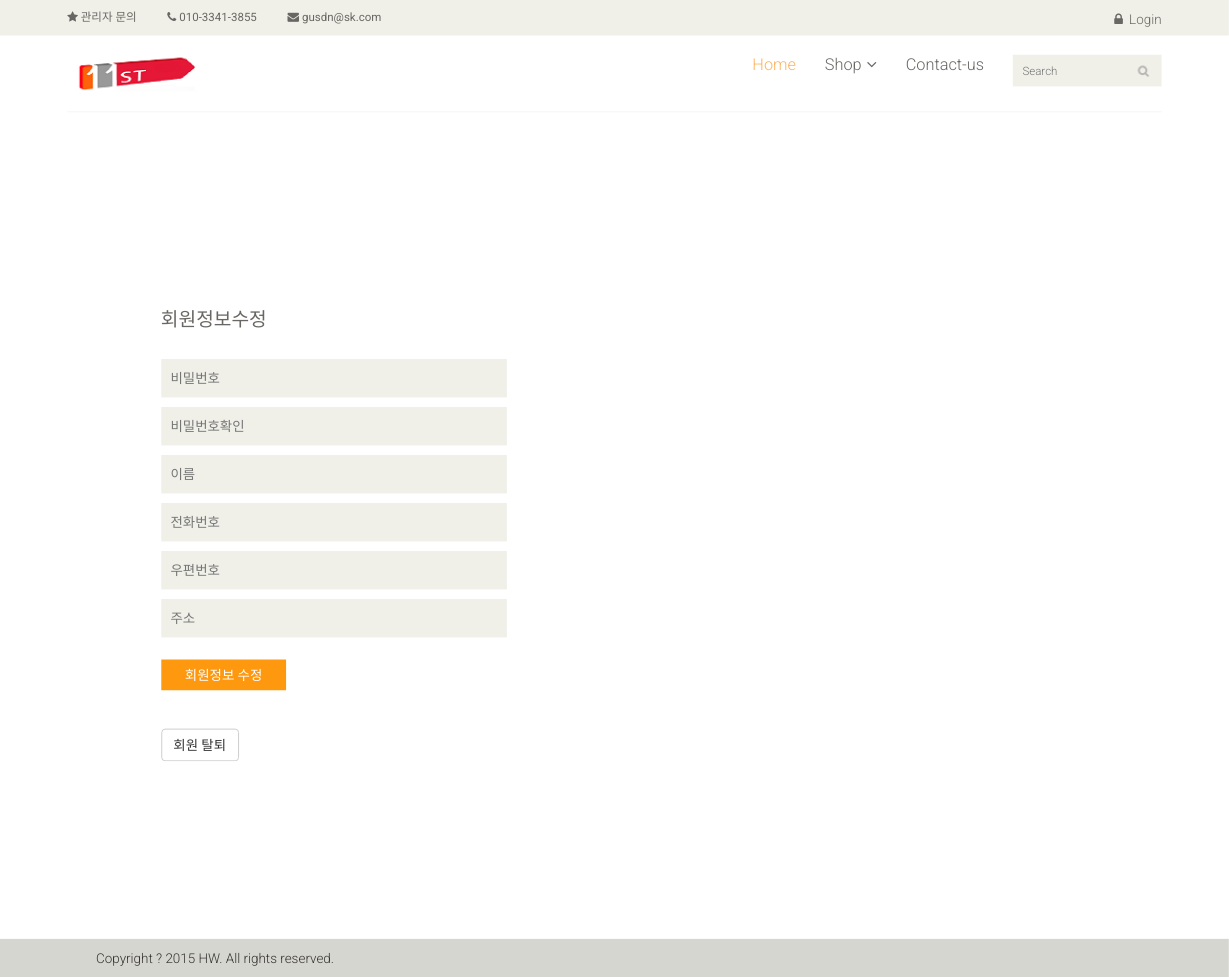
Repository: HyunWooo/HWst
Page: http://localhost/hw_st/userManagement.jsp
The author's editor kept a copy of each file at every save. The page is drawn from the files as they stood at one save, then again after the next save.
The browser window is 1280 px wide. The pictures show the whole page, at 96% of full size.
Some web fonts or font styles are not loaded; a fallback is used. The page is served by Tomcat 9. Nobody is signed in. The application's start-up code is not run. Other server files are loaded and not shown.

Above is the page before, as saved 2015-07-07 15:31:33.

### hw_st/WebContent/userManagement.jsp
<%@ page language="java" contentType="text/html; charset=EUC-KR"
    pageEncoding="UTF-8"%>
<%@ taglib prefix="c" uri="http://java.sun.com/jsp/jstl/core"%>
<!DOCTYPE html PUBLIC "-//W3C//DTD HTML 4.01 Transitional//EN" "http://www.w3.org/TR/html4/loose.dtd">
<html>
	<c:choose>
		<c:when test="${not empty sessionScope.userLoginInfo.name}">
			<script>
				alert("이미 로그인 된 상태입니다.");
				history.go(-1);
			</script>
		</c:when>
		<c:when test="${sessionScope.loginFail=='Y'}">
			<script>
				alert("아이디와 패스워드를 다시 확인하세요.");
				<%session.invalidate();%>
				history.go();
			</script>
		</c:when>
	<c:otherwise>

<head>
    <meta charset="utf-8">
    <meta name="viewport" content="width=device-width, initial-scale=1.0">
    <meta name="description" content="">
    <meta name="author" content="">
    <link rel="shortcut icon" href="http://s.011st.com/img/common/icon/favicon.ico"  type="image/x-ico">
    <title>현우st</title>
    <link href="css/bootstrap.min.css" rel="stylesheet">
    <link href="css/font-awesome.min.css" rel="stylesheet">
    <link href="css/prettyPhoto.css" rel="stylesheet">
    <link href="css/price-range.css" rel="stylesheet">
    <link href="css/animate.css" rel="stylesheet">
	<link href="css/main.css" rel="stylesheet">
	<link href="css/responsive.css" rel="stylesheet">
    <!--[if lt IE 9]>
    <script src="js/html5shiv.js"></script>
    <script src="js/respond.min.js"></script>
    <![endif]-->
    <!-- <link rel="shortcut icon" href="images/ico/favicon.ico"> -->
    <link rel="apple-touch-icon-precomposed" sizes="144x144" href="images/ico/apple-touch-icon-144-precomposed.png">
    <link rel="apple-touch-icon-precomposed" sizes="114x114" href="images/ico/apple-touch-icon-114-precomposed.png">
    <link rel="apple-touch-icon-precomposed" sizes="72x72" href="images/ico/apple-touch-icon-72-precomposed.png">
    <link rel="apple-touch-icon-precomposed" href="images/ico/apple-touch-icon-57-precomposed.png">
</head><!--/head-->

<body>
	<header id="header"><!--header-->
		<div class="header_top"><!--header_top-->
			<div class="container">
				<div class="row">
					<div class="col-sm-6">
						<div class="contactinfo">
							<ul class="nav nav-pills">
								<li><a><i class="fa fa-star"></i> 관리자 문의</a></li>
								<li><a href="contact_us.jsp"><i class="fa fa-phone"></i> 010-3341-3855</a></li>
								<li><a href="contact_us.jsp"><i class="fa fa-envelope"></i> gusdn@sk.com</a></li>
							</ul>
						</div>
					</div>
					<div class="col-sm-6 col-xs-8">
						<div class="shop-menu pull-right">
							<ul class="nav navbar-nav">
								<!-- <li><a href="#"><i class="fa fa-user"></i> Account</a></li> -->
 								<!--<li><a href="#"><i class="fa fa-star"></i> Wishlist</a></li> -->
								<c:choose>
									<c:when test="${not empty sessionScope.userLoginInfo}">
										<li><a href="cart.jsp"><i class="fa fa-shopping-cart"></i> Cart</a></li>
										<li><a href= "#"><i class="fa fa-user"></i>${sessionScope.userLoginInfo.name}님</a></li>
										<li><a href="logoutProcess.do"><i class="fa fa-crosshairs"></i> Logout</a></li>
									</c:when>
									<c:otherwise>
										<li><a href="login.do"><i class="fa fa-lock"></i> Login</a></li>
									</c:otherwise>
								</c:choose>
							</ul>
						</div>
					</div>
				</div>
			</div>
		</div><!--/header_top-->

		<div class="header-middle"><!--header-middle-->
			<div class="container">
				<div class="row">
					<div class="col-sm-4">
						<div class="logo pull-left">
							<a href="index.do"><img src="images/home/logo.png" alt="" /></a>
						</div>
						<!-- 안쓰는 버튼그룹 -->
						<div class="btn-group pull-right">
						</div>
					</div>
					<div class="col-sm-8">
						<div class="search_box pull-right">
							<input type="text" placeholder="Search"/>
						</div>
						<div class="mainmenu pull-right">
							<ul class="nav navbar-nav collapse navbar-collapse">
								<li><a href="index.do" class="active">Home</a></li>
								<li class="dropdown"><a href="#">Shop<i class="fa fa-angle-down"></i></a>
                                    <ul role="menu" class="sub-menu">
                                        <li><a href="shop.jsp">Products</a></li>
										<li><a href="product_details.jsp">Product Details</a></li>
                                    </ul>
                                </li>
								<!-- <li class="dropdown"><a href="#">Blog<i class="fa fa-angle-down"></i></a>
                                    <ul role="menu" class="sub-menu">
                                        <li><a href="blog.jsp">Blog List</a></li>
										<li><a href="blog_single.jsp">Blog Single</a></li>
                                    </ul>
                                </li>  -->
								<!-- <li><a href="404.jsp">404</a></li> -->
								<li><a href="contact_us.jsp">Contact-us</a></li>
							</ul>
						</div>
					</div>
				</div>
			</div>
		</div><!--/header-middle-->
	</header><!--/header-->

			<section id="form"><!--form-->
				<div class="container">
					<div class="row">
						<div class="col-sm-4 col-sm-offset-1">
							<div class="login-form"><!--login form-->
								<h2>회원정보수정</h2>
								<form  action="userInfoUpdateProcess.do" method="post" name="userinput" onSubmit="return checkIt()">
									<input type="hidden" placeholder="회원번호" name="userNo" value="${sessionScope.userLoginInfo.userNo}" />
									<input type="password" placeholder="비밀번호" name="pw" />
									<input type="password" placeholder="비밀번호확인" name="pw2" />
									<input type="text" placeholder="이름" name="name"/>
									<input type="text" placeholder="전화번호" name="phone" />
									<input type="text" placeholder="우편번호" name="postCode" />
									<input type="text" placeholder="주소" name="address"/>
									<button type="submit" value="가입하기" class="btn btn-default" id="btn">회원정보 수정</button>
								</form>
								<br><br>
								<button type="button" value="회원탈퇴" class="btn btn-default" id="uDelete">회원 탈퇴</button>
							</div><!--/login form-->
						</div>
					</div>
				</div>
			</section><!--/form-->
		</c:otherwise>
	</c:choose>



	<footer id="footer"><!--Footer-->
		<div class="footer-bottom">
			<div class="container">
					<div class="col-sm-6">
						<div class="single-widget">
							<p class="pull-left">Copyright © 2015 HW. All rights reserved.</p>
						</div>
					</div>
			</div>
		</div>

	</footer><!--/Footer-->



    <script src="js/jquery.js"></script>
	<script src="js/price-range.js"></script>
    <script src="js/jquery.scrollUp.min.js"></script>
	<script src="js/bootstrap.min.js"></script>
    <script src="js/jquery.prettyPhoto.js"></script>
    <script src="js/main.js"></script>
</body>
</html>

### hw_st/WebContent/css/price-range.css
/*!
 * Slider for Bootstrap
 *
 * Copyright 2012 Stefan Petre
 * Licensed under the Apache License v2.0
 * http://www.apache.org/licenses/LICENSE-2.0
 *
 */
.slider {
  display: inline-block;
  vertical-align: middle;
  position: relative;
}
.slider.slider-horizontal {
  width: 210px;
  height: 20px;
}
.slider.slider-horizontal .slider-track {
  height: 15px;
  left: 0;
  margin-top: -5px;
  top: 50%;
  width: 100%;
}
.slider.slider-horizontal .slider-selection {
  height: 100%;
  top: 0;
  bottom: 0;
}
.slider.slider-horizontal .slider-handle {
  margin-left: -12px;
  margin-top: 2px;
}

.left-round{
  margin-left:2px !important;
}

.slider.slider-horizontal .slider-handle.triangle {
  border-width: 0 10px 10px 10px;
  width: 0;
  height: 0;
  border-bottom-color: #0480be;
  margin-top: 0;
}
.slider.slider-vertical {
  height: 210px;
  width: 20px;
}
.slider.slider-vertical .slider-track {
  width: 10px;
  height: 100%;
  margin-left: -5px;
  left: 50%;
  top: 0;
}
.slider.slider-vertical .slider-selection {
  width: 100%;
  left: 0;
  top: 0;
  bottom: 0;
}
.slider.slider-vertical .slider-handle {
  margin-left: -5px;
  margin-top: -10px;
}
.slider.slider-vertical .slider-handle.triangle {
  border-width: 10px 0 10px 10px;
  width: 1px;
  height: 1px;
  border-left-color: #0480be;
  margin-left: 0;
}
.slider input {
  display: none;
}
.slider .tooltip-inner {
  white-space: nowrap;
}
.slider-track {
  position: absolute;
  cursor: pointer;
  background-color: #f7f7f7;
  background-image: -moz-linear-gradient(top, #f5f5f5, #f9f9f9);
  background-image: -webkit-gradient(linear, 0 0, 0 100%, from(#f5f5f5), to(#f9f9f9));
  background-image: -webkit-linear-gradient(top, #f5f5f5, #f9f9f9);
  background-image: -o-linear-gradient(top, #f5f5f5, #f9f9f9);
  background-image: linear-gradient(to bottom, #f5f5f5, #f9f9f9);
  background-repeat: repeat-x;
  filter: progid:DXImageTransform.Microsoft.gradient(startColorstr='#fff5f5f5', endColorstr='#fff9f9f9', GradientType=0);
  -webkit-box-shadow: inset 0 1px 2px rgba(0, 0, 0, 0.1);
  -moz-box-shadow: inset 0 1px 2px rgba(0, 0, 0, 0.1);
  box-shadow: inset 0 1px 2px rgba(0, 0, 0, 0.1);
  -webkit-border-radius: 15px;
  -moz-border-radius: 15px;
  border-radius: 15px;
}

.slider-selection {
  -moz-box-sizing: border-box;
  background: none repeat scroll 0 0 #FE980F;
  border-radius: 15px;
  box-shadow: 0 -1px 0 rgba(0, 0, 0, 0.15) inset;
  position: absolute;
}

.slider-handle {
  background: #fff;
  box-shadow:none;
  height: 10px;
  opacity: 1;
  position: absolute;
  width: 10px;
}

.slider-handle.round {
  -webkit-border-radius: 20px;
  -moz-border-radius: 20px;
  border-radius: 20px;
}
.slider-handle.triangle {
  background: transparent none;
}

### hw_st/WebContent/css/responsive.css
/* lg */
@media (min-width: 1200px) {

}

/* md */
@media (min-width: 992px) and (max-width: 1199px) {


.usa{
	margin-right: 0;
}

.shipping img{
	width: 100%;
}

.searchform input{
	width: 160px;
}

.product-information span span{
	width: 100%;
}

#similar-product .carousel-inner .item img{
	width: 65px;
}

#cart_items .cart_info .cart_description h4,
#cart_items .cart_info .cart_description p{
	text-align: center;
}

}


/* sm */
@media (min-width: 768px) and (max-width: 991px) {

.shop-menu ul li a{
	padding-left: 0;
}

#slider-carousel .item{
	padding-left: 30px;
}

.item h2{
	font-size: 24px;
}

.girl{
	margin-left: 0;
}

.pricing{
	width: 100px;
}


.shipping img{
	width: 100%;
}

.slider.slider-horizontal{
	width: 100% !important;
}

.tab-pane .col-sm-3, .features_items .col-sm-4{
	width: 50%;
}

.footer-widget .col-sm-2{
	width: 33%;
	display: inline-block;
	margin-bottom: 50px;
}

.footer-widget .col-sm-3{
	display: inline-block;
	width: 40%;
}

#similar-product .carousel-inner .item img{
	width: 60px;
	margin-left: 0;
}

.product-information span span{
	display: block;
	width: 100%;
}

.product-information .cart{
	margin-left: 0;
	margin-top: 15px;
}

.item-control i{
	font-size: 12px;
	padding: 5px 6px;
}

#cart_items .cart_info .cart_description h4, #cart_items .cart_info .cart_description p{
	text-align: center;
}

.companyinfo h2{
	font-size: 20px;
}

.address {
	margin-top: 48px;
	margin-left: 20px;
}

.address p {
	font-size: 12px;
	top: 5px;
}

}

/* xs */
@media (max-width: 767px) {

.header_top .col-sm-6:first-child{
	display: inline-block;
	float: left;
}

.header_top .col-sm-6:last-child{
	display: inline-block;
	float: right;
}

.header-middle .col-sm-4 {
	display: inline-block;
	overflow: inherit;
	width: 100%;
}

.social-icons ul li a i {
	padding: 8px 10px;
}

.shop-menu.pull-right{
	float: none !important;
}

.shop-menu .nav.navbar-nav{
	margin-left: -30px;
}

.header-bottom .col-sm-9{
	display: inline-block;
	width: 100%;
}

.mainmenu{
	width: 100%;
}

.mainmenu ul li{
	background: rgba(0, 0, 0, 0.5);
    padding-top: 15px;
	padding-bottom: 0;
}

.mainmenu ul li:last-child{
	padding-bottom: 15px;
}

.mainmenu ul li  a{
	color: #fff;
}

.navbar-collapse.in{
	overflow: inherit;
}

.mainmenu ul li a.active{
	padding-left: 15px;
}

.dropdown .fa-angle-down{
	display: none;
}

ul.sub-menu{
  position: relative;
  width: auto;
  display: block;
  background: transparent;
  box-shadow: none;
  top: 0;
}

.sub-menu li{
	background: transparent;
}

.mainmenu .navbar-nav li ul.sub-menu li{
	background: transparent;
	padding-bottom:0;
}

.nav.navbar-nav > li:hover > ul.sub-menu{
  -webkit-animation: none;
  -moz-animation: none;
  -ms-animation: none;
  -o-animation: none;
  animation: none;
  box-shadow: none;
}

.header-bottom{
	position: relative;
}

.header-bottom .col-sm-3 {
	display: inline-block;
	position: absolute;
	left: 0;
	top: 38px;
}

#slider-carousel .item{
	padding-left: 0;
}

.shipping{
	margin-bottom: 25px;
}

.pricing{
	width: 100px;
}

.footer-top .col-sm-7 .col-sm-3{
	width: 50%;
	float: left;
}

.footer-widget .col-sm-2 {
	width: 28%;
	display: flex;
	margin-bottom: 50px;
	margin-top: 0;
	float: left;
	margin-left: 30px;
}

.companyinfo{
	text-align: center;
}

.footer-widget .col-sm-3{
	display: inline-block;
}

.single-widget{

}

.product-information span {
	display: block;
}

#similar-product {
	margin-bottom: 40px;
}

.well{
	display: inline-block;
}

}

/* XS Portrait */
@media (max-width: 480px) {

.contactinfo{
	text-align: center;
}

.contactinfo ul li a {
	padding-right: 15px;
	padding-left: 0;
}

.social-icons.pull-right{
	float: none !important;
	text-align: center;
}

.btn-group.pull-right,
.footer-bottom .pull-left,
.footer-bottom .pull-right,
.mainmenu.pull-left,
.media.commnets .pull-left,
.media-list .pull-left{
	float: none !important;
}

.header_top .col-sm-6:first-child{
	display: block;
	float: none;
}

.header_top .col-sm-6:last-child{
	display: block;
	float: none;
}

.contactinfo .nav.nav-pills, .social-icons .nav.navbar-nav{
	display: inline-block;
}

.logo{
	text-align: center;
	width: 100%;
}

.shop-menu ul li {
	padding: 0;
}

.header-middle .col-sm-4{
	text-align: center;
	overflow: inherit;
}

.shop-menu .nav.navbar-nav {
	margin-left: 0;
}

.btn-group>.btn-group:last-child>.btn:first-child{
	margin-right: 0;
}

.header-bottom .col-sm-9{
	display: inline-block;
	width: 100%;
}

.mainmenu{
	width: 100%;
}

.mainmenu ul li{
	background: rgba(0, 0, 0, 0.5);
    padding-top: 15px;
	padding-bottom: 0;
}

.mainmenu ul li:last-child{
	padding-bottom: 15px;
}

.mainmenu ul li a {
	color: #FFF;
	padding-bottom: 0;
}

.navbar-collapse.in{
	overflow: inherit;
}

.mainmenu ul li a.active{
	padding-left: 15px;
}

.dropdown .fa-angle-down{
	display: none;
}

ul.sub-menu{
  position: relative;
  width: auto;
  display: block;
  background: transparent;
  box-shadow: none;
  top: 0;
}


.mainmenu .navbar-nav li ul.sub-menu li{
	background: transparent;
	padding-bottom:0;
}

.nav.navbar-nav > li:hover > ul.sub-menu{
  -webkit-animation: none;
  -moz-animation: none;
  -ms-animation: none;
  -o-animation: none;
  animation: none;
  box-shadow: none;
}


.item{
	padding-left: 0;
}

.item h1{
	font-size: 30px;
	margin-top: 0;
}

.item h2{
	font-size: 20px;
}

.pricing{
	width: 70px;
}

.category-tab ul li a{
	font-size: 12px;
}

.companyinfo h2, .companyinfo p{
	text-align: center;
}

.video-gallery{
	margin-top: 30px;
}

.footer-bottom p{
	font-size: 13px;
	text-align: center;
}

.footer-widget .col-sm-2 {
	width: 50%;
	display: flex;
	margin-bottom: 50px;
	margin-top: 0;
	float: left;
	padding-right: 0;
	padding-left: 30px;
	margin-left: 0;
}

.single-widget {
	padding-left: 0;
}

.features_items{
	margin-top: 30px;
}

.category-tab .nav-tabs li{
	float: none;
}

#similar-product .carousel-inner .item img{
	margin-left: 4px;
}

.product-information{
	margin-top: 40px;
}

#reviews p, .blog-post-area .single-blog-post p{
	text-align: justify;
}

#reviews form span input{
	width: 100%;
	margin-bottom: 20px;
}

#reviews form span input:last-child{
	margin-left: 0;
}

.blog-post-area .single-blog-post h3{
	font-size: 14px;
}

.blog-post-area .post-meta ul li{
	margin-right: 7px;
}

.shipping{
	margin-bottom: 20px;
}

.commnets{
	padding: 0;
}

.content-404 h1{
	font-size: 30px;
}

.content-404 h2 a{
	font-size: 20px;
}

.order-message{
	display: inline-block;
}

.response-area .media img{
	width: auto;
}

.sinlge-post-meta li{
	margin-bottom: 10px;
}

.product-information{
	padding-left: 0;
	text-align: center;
}

.product-information span span{
	float: none;
}

}

Loaded but not shown: hw_st/WebContent/css/bootstrap.min.css (library); hw_st/WebContent/css/font-awesome.min.css (library); hw_st/WebContent/css/animate.css (library); hw_st/WebContent/js/jquery.js (library); hw_st/WebContent/js/jquery.scrollUp.min.js (common file); hw_st/WebContent/js/bootstrap.min.js (library); hw_st/WebContent/js/jquery.prettyPhoto.js (library); hw_st/WebContent/js/price-range.js (388 lines, source omitted); hw_st/WebContent/js/main.js (30 lines, source omitted); hw_st/WebContent/css/main.css (2838 lines, source omitted); hw_st/WebContent/css/prettyPhoto.css (170 lines, source omitted)

After the next save:
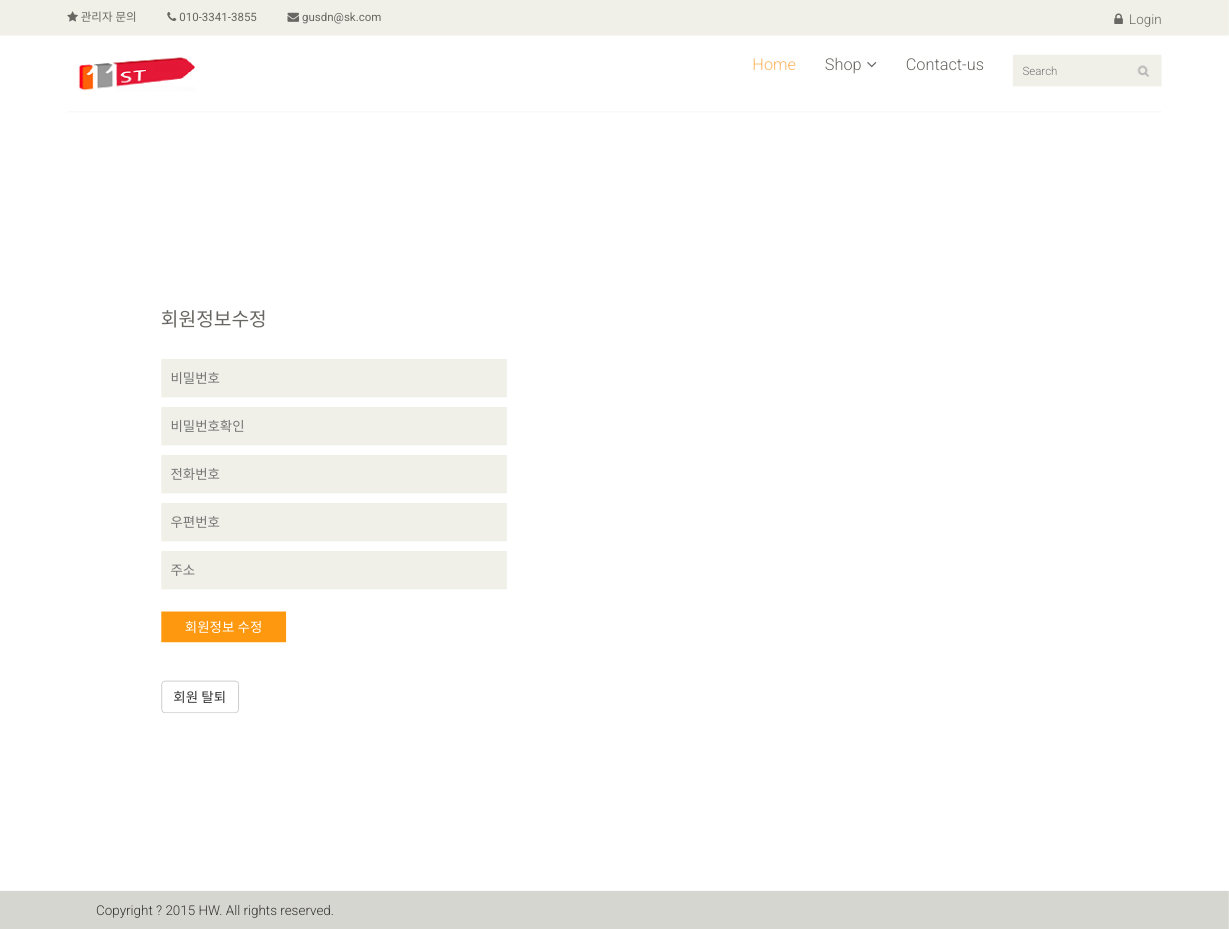
Saved 20 s later.
--- a/hw_st/WebContent/userManagement.jsp
+++ b/hw_st/WebContent/userManagement.jsp
@@ -130,7 +130,6 @@
 									<input type="hidden" placeholder="회원번호" name="userNo" value="${sessionScope.userLoginInfo.userNo}" />
 									<input type="password" placeholder="비밀번호" name="pw" />
 									<input type="password" placeholder="비밀번호확인" name="pw2" />
-									<input type="text" placeholder="이름" name="name"/>
 									<input type="text" placeholder="전화번호" name="phone" />
 									<input type="text" placeholder="우편번호" name="postCode" />
 									<input type="text" placeholder="주소" name="address"/>
